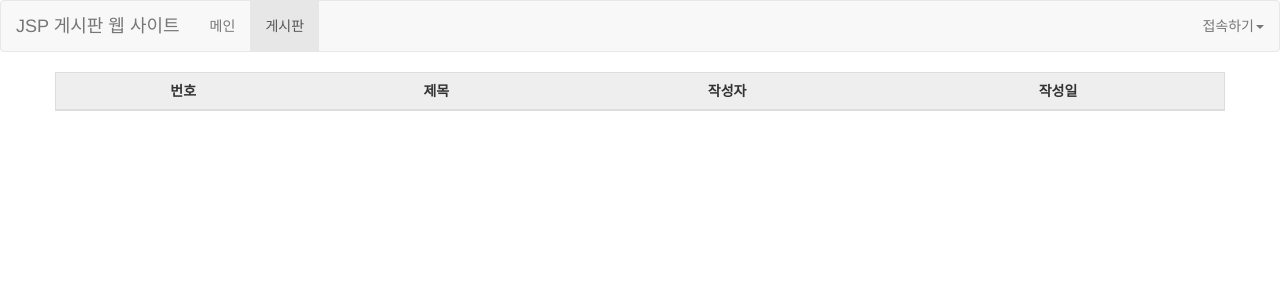
Repository: winter9388/JSP_BBS
Page: http://localhost/BBS/퍋ㅈ.jsp
An editor plug-in stored every save of this project. The page is shown before and after the next save, followed by the edit.
The browser window is 1280 px wide. The pictures show the whole page.
Some web libraries are served in a nearby version. The page is served by Tomcat 9. Other server files are loaded and not shown.

Above is the page before, as saved 2022-08-12 12:02:54.

### BBS/src/main/webapp/퍋ㅈ.jsp
<%@ page language="java" contentType="text/html; charset=UTF-8"
    pageEncoding="UTF-8"%>
<%@ page import="java.io.PrintWriter" %>
<!DOCTYPE html>
<html>
<head>
<meta charset="UTF-8">
<meta name="viewport" content="width=device-width", initial-scale="1">
<link rel="stylesheet" href="css/bootstrap.css">
<title>JSP 게시판 웹 사이트</title>
</head>
<body>
	<%
		String userID = null;
		if(session.getAttribute("userID") != null){ // 세션값이 존재하면
			userID = (String)session.getAttribute("userID"); // userID에 새션값을 입력
		}
	%>
	<nav class="navbar navbar-default">
		<div class="navbar-header">
			<button type="button" class="navbar-toggle collapsed"
				data-toggle="collapse" data-target="#bs-example-navbar-collapse-1"
				aria-expended="false">
				<span class="icon-bar"></span>
				<span class="icon-bar"></span>
				<span class="icon-bar"></span>
			</button>
			<a class="navbar-brand" href="main.jsp">JSP 게시판 웹 사이트</a>
		</div>
		<div class="collapse navbar-collapse" id="bs-example-navbar-collapse-1"
			aria-expended="false">
			<ul class="nav navbar-nav">
				<li><a href="main.jsp">메인</a></li>
				<li class="active"><a href="bbs.jsp">게시판</a></li>
			</ul>

			<%
				if(userID == null){ //세션이 없는경우 (로그인 되있지 않은 경우)만 아래 항목들을 보여줌
			%>
			<ul class="nav navbar-nav navbar-right">
				<li class="dropdown">
					<a href="#" class="dropdown-toggle"
						data-toggle="dropdown" role="button" aria-haspopup="true"
						aria-expanded="false">접속하기<span class="caret"></span></a>
					<ul class="dropdown-menu">
						<li><a href="login.jsp">로그인</a></li>
						<li><a href="join.jsp">회원가입</a></li>
					</ul>
				</li>
			</ul>
			<%
				} else {
			%>
			<ul class="nav navbar-nav navbar-right">
				<li class="dropdown">
					<a href="#" class="dropdown-toggle"
						data-toggle="dropdown" role="button" aria-haspopup="true"
						aria-expanded="false">회원관리<span class="caret"></span></a>
					<ul class="dropdown-menu">
						<li><a href="logoutAction.jsp">로그아웃</a></li>
					</ul>
				</li>
			</ul>
			<%
				}
			%>
		</div>
	</nav>

	<!--  -->
	<div class="container">
		<div class="row">
			<table class="table table-striped" style="text-align: center; border: 1px solid #dddddd"> <!-- table-striped -> 테이블의 짝수 홀수 열 구분 -->
				<thead>
					<tr>
						<th style="background-color: #eeeeee; text-align: center">번호</th>
						<th style="background-color: #eeeeee; text-align: center">제목</th>
						<th style="background-color: #eeeeee; text-align: center">작성자</th>
						<th style="background-color: #eeeeee; text-align: center">작성일</th>
					</tr>
				</thead>
			</table>
		</div>
	</div>

	<script src="https://code.jquery.com/jquery-3.1.1.min.js"></script>
	<script src="js/bootstrap.js"></script>
</body>
</html>

Loaded but not shown: BBS/src/main/webapp/css/bootstrap.css (library); BBS/src/main/webapp/js/bootstrap.js (library)

After the next save:
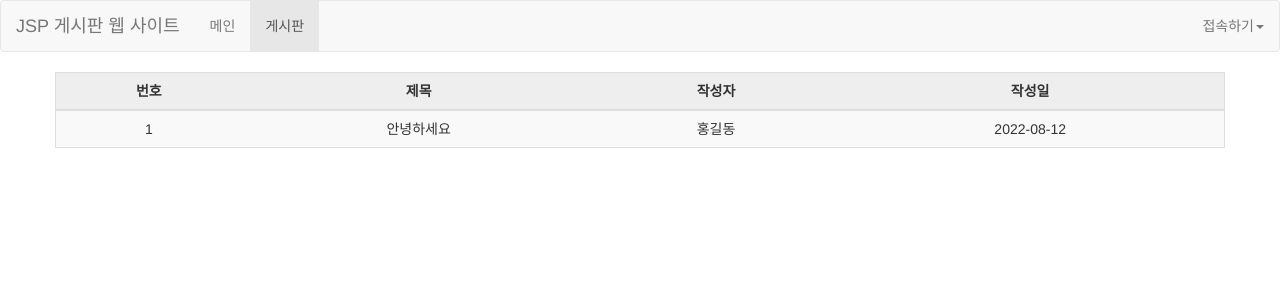
Saved 90 s later.
--- a/BBS/src/main/webapp/퍋ㅈ.jsp
+++ b/BBS/src/main/webapp/퍋ㅈ.jsp
@@ -79,6 +79,14 @@
 						<th style="background-color: #eeeeee; text-align: center">작성일</th>
 					</tr>
 				</thead>
+				<tbody>
+					<tr>
+						<td>1</td>
+						<td>안녕하세요</td>
+						<td>홍길동</td>
+						<td>2022-08-12</td>
+					</tr>
+				</tbody>
 			</table>
 		</div>
 	</div>
